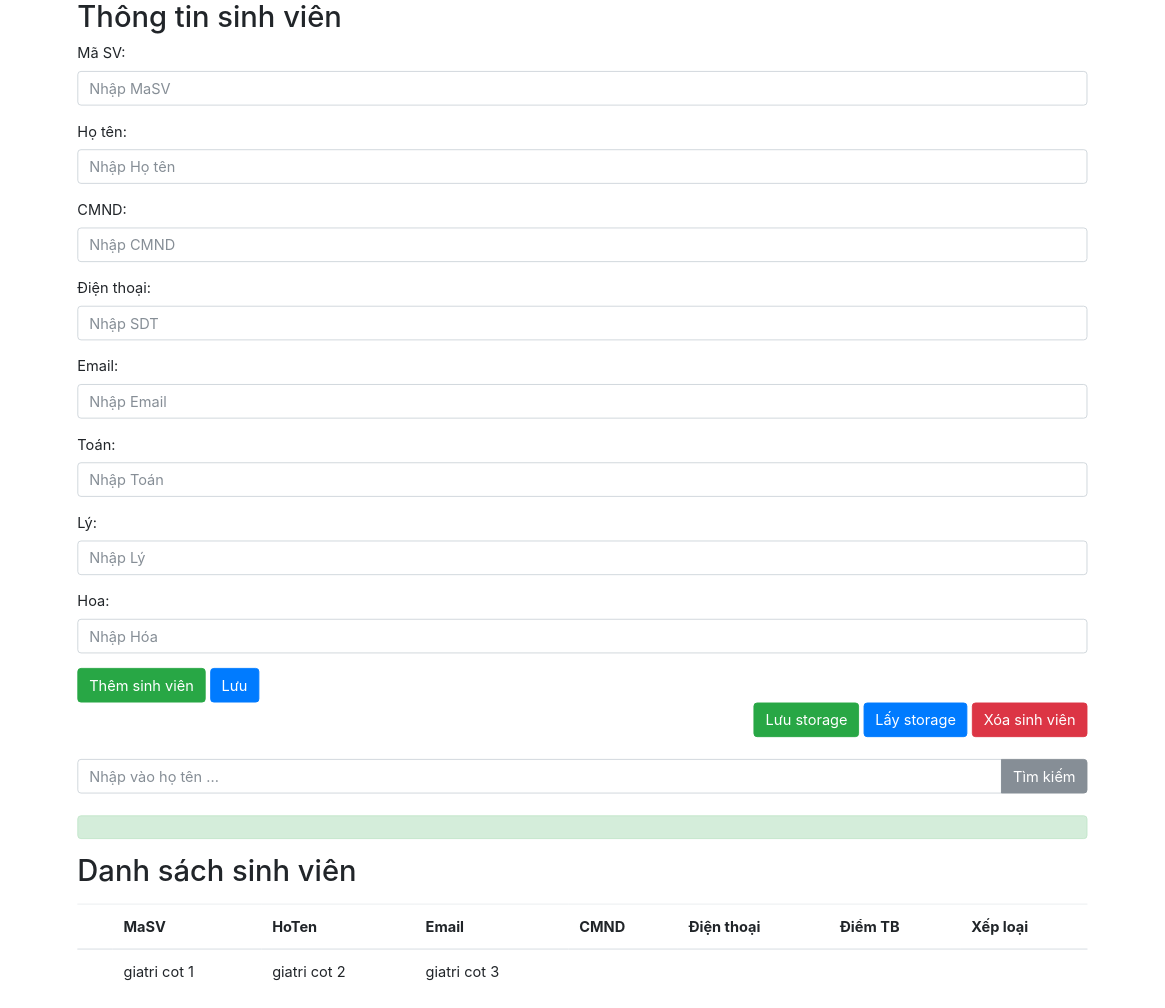
Repository: phamanhquyet/testMerge
Page: index.html
An editor plug-in stored every save of this project. The page is shown before and after the next save, followed by the edit.
The browser window is 1280 px wide. The pictures show the whole page, at 91% of full size.
Some web libraries are served in a nearby version.

Above is the page before, as saved 2022-04-06 10:48:51.

After the next save:
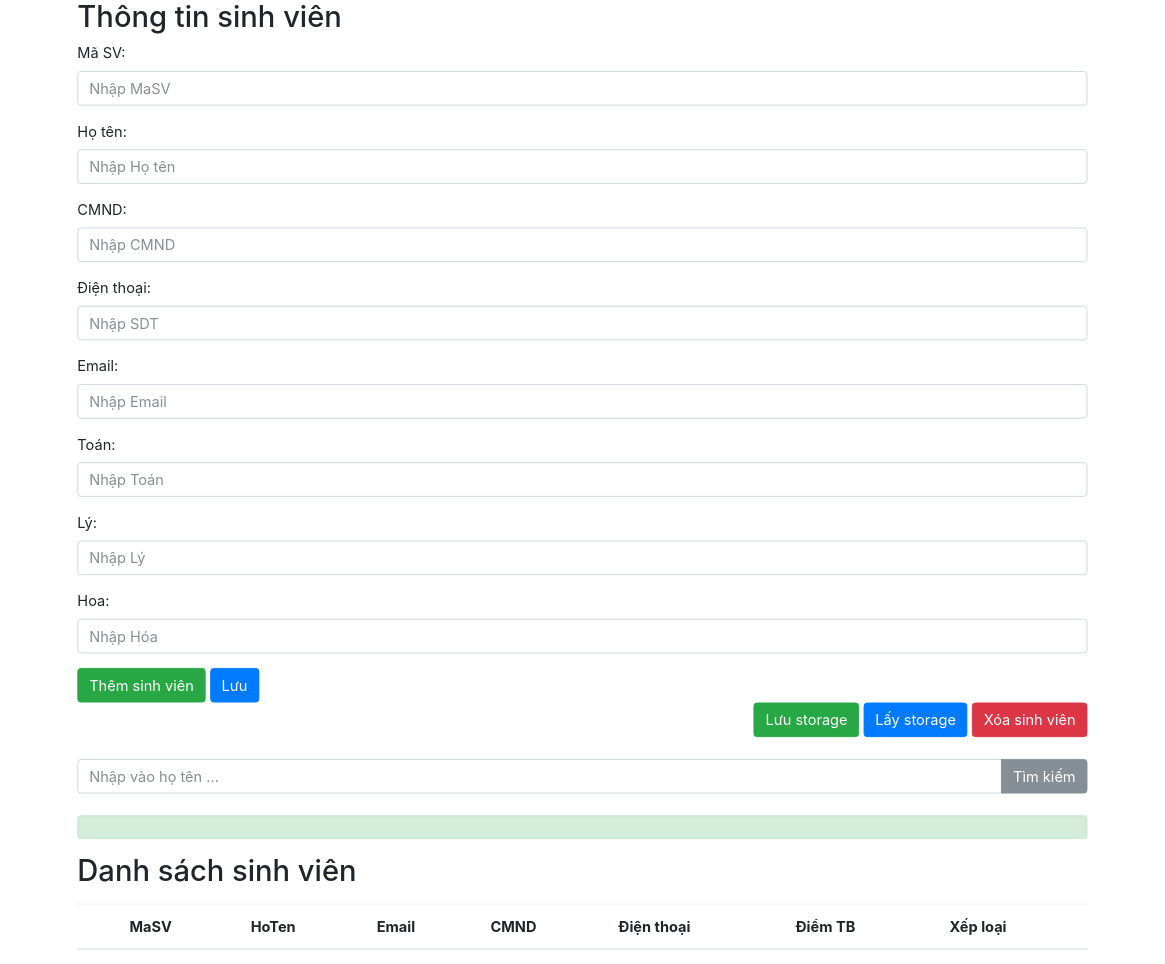
Saved 4 h 5 min later.
--- a/index.html
+++ b/index.html
@@ -86,10 +86,7 @@
 	    </thead>
 	    <tbody id="tbodySinhVien">
 	      <tr>
-			<td></td>
-			<td>giatri cot 1</td>
-			<td>giatri cot 2</td>
-			<td>giatri cot 3</td>
+			  <!-- Dom code js -->
 	      </tr>
 	    </tbody>
 	  </table>
